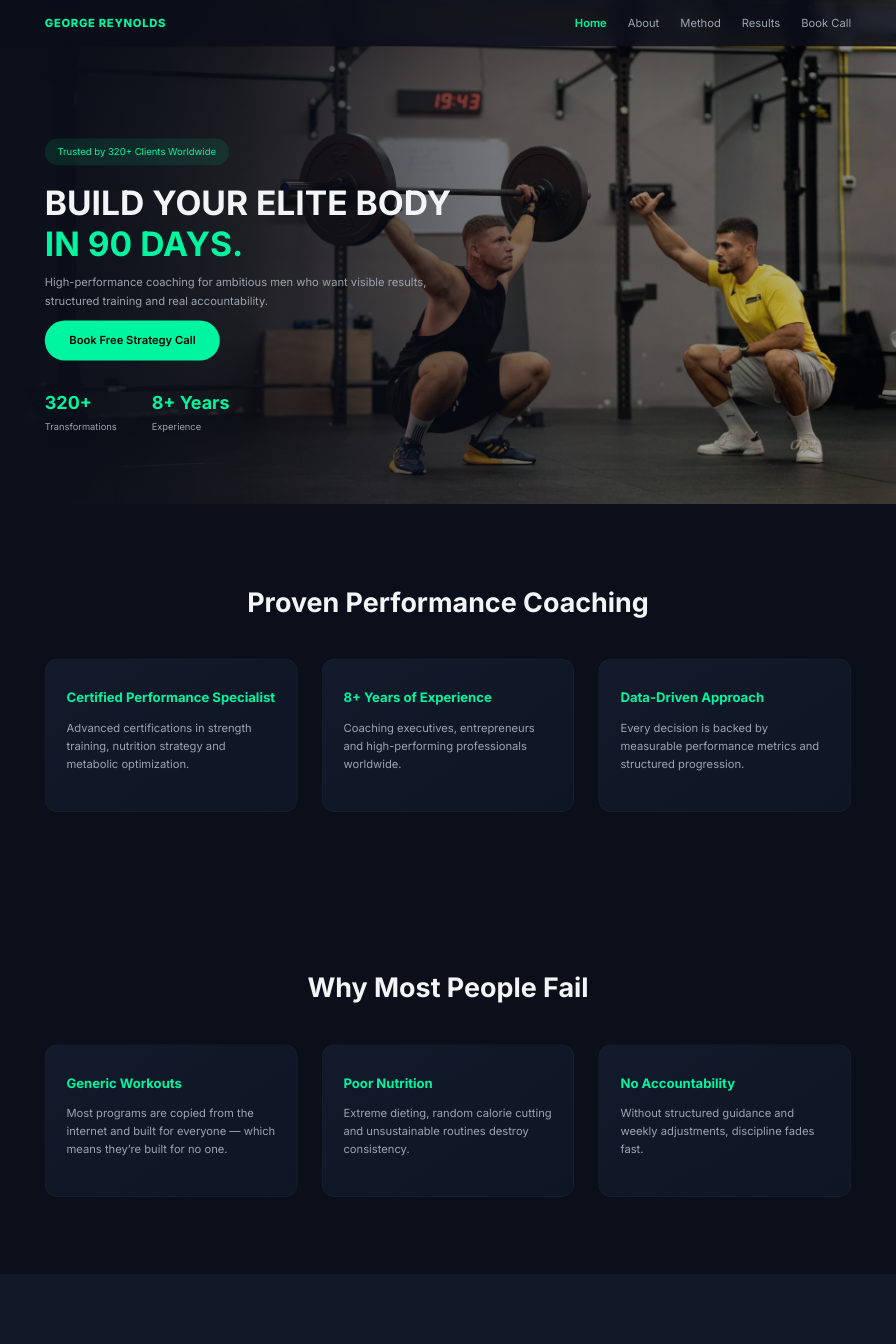
Repository: davidfsillva/Landing-page-pro
Page: index.html
The author's editor kept a copy of each file at every save. The page is drawn from the files as they stood at one save, then again after the next save.
The browser window is 1280 px wide. The pictures show the part of the page from y = 0 to 1920 px (the page is 6545 px tall), at 70% of full size.

Above is the page before, as saved 2026-02-26 18:58:06.

After the next save:
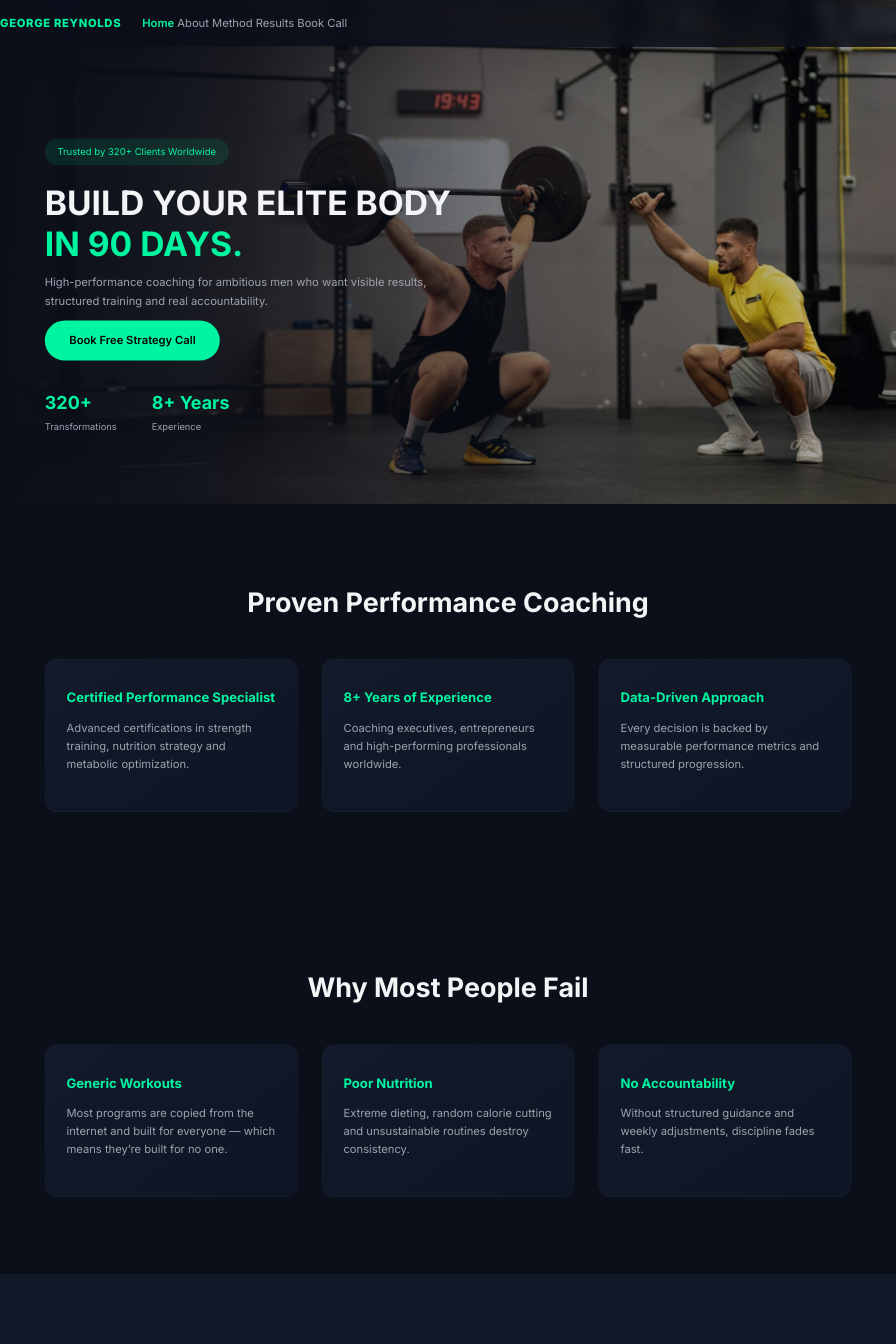
Saved 54 s later.
--- a/index.html
+++ b/index.html
@@ -29,19 +29,23 @@
 <body>
 
 <header class="header">
-  <div class="container header-flex">
-      <div class="logo">GEORGE REYNOLDS</div>
-
-      <button class="menu-toggle" id="menuToggle" aria-label="Toggle Menu" aria-expanded="false">☰</button>
-
-      <nav class="nav" id="nav">
-        <a href="#home">Home</a>
-        <a href="#about">About</a>
-        <a href="#method">Method</a>
-        <a href="#results">Results</a>
-        <a href="#contact" class="nav-cta">Book Call</a>
-      </nav>
+<nav class="nav">
+  <div class="logo">GEORGE REYNOLDS</div>
+
+  <div class="menu-toggle" id="menuToggle">
+    <span></span>
+    <span></span>
+    <span></span>
   </div>
+
+  <div class="mobile-menu" id="mobileMenu">
+    <a href="#home">Home</a>
+    <a href="#about">About</a>
+    <a href="#method">Method</a>
+    <a href="#results">Results</a>
+    <a href="#contact" class="menu-cta">Book Call</a>
+  </div>
+</nav>
 </header>
 
 <main>
